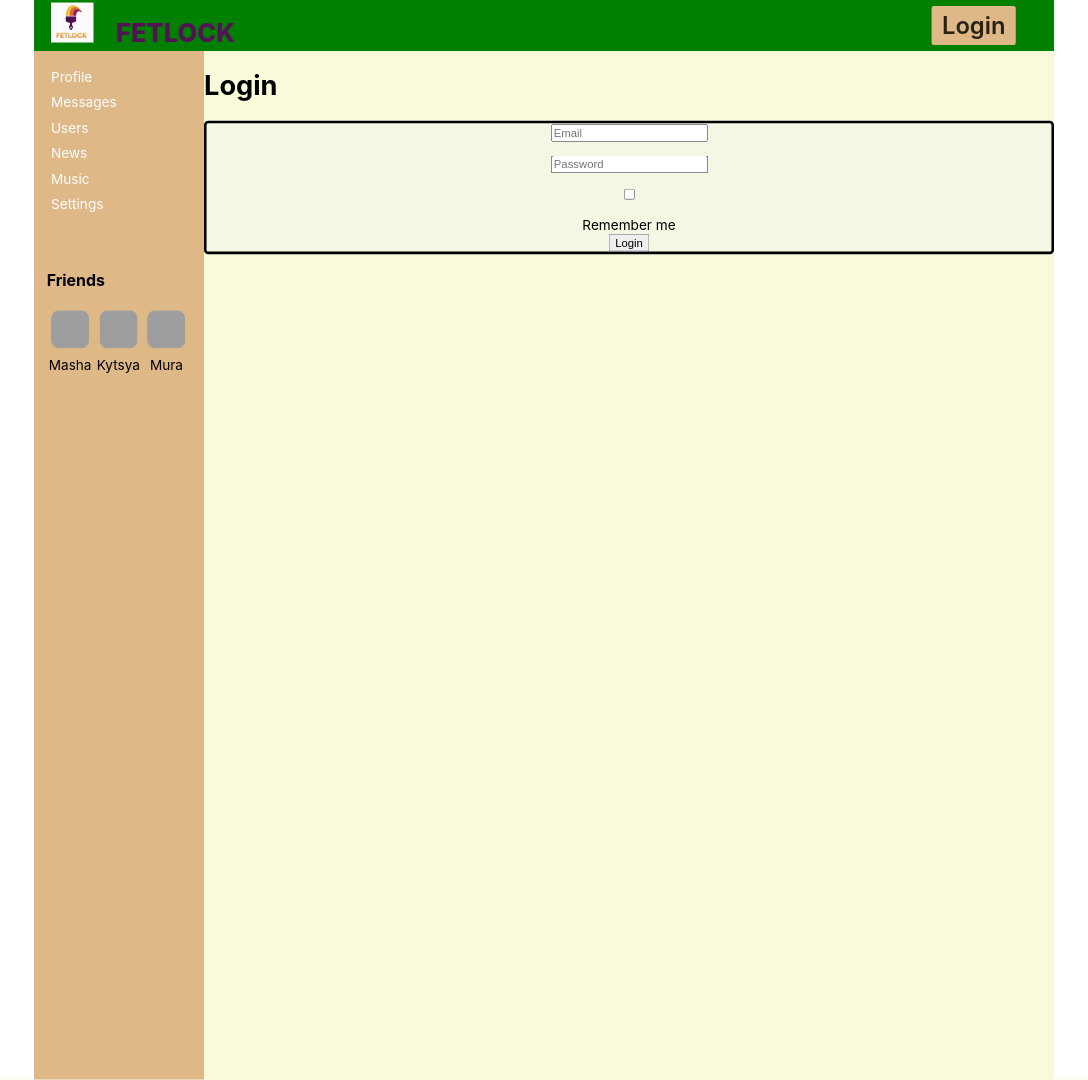
Repository: tetianatsymbal/react-way-of-samurai
Page: /dialogs
These files come from the project's save history. The page is drawn as it stood at one moment and after the next save; the edit follows.
The browser window is 1280 px wide. The pictures show the whole page, at 85% of full size.
Pictures or frames that could not be fetched are drawn as grey boxes. The page's requests for data from a server got no answer. The project was rebuilt for these pictures with package versions that can differ from the ones it lists, and the page was loaded fresh each time. No one was signed in, and anything a server would have sent is missing. Also part of the build but not shown: src/components/Dialogs/Dialogs.module.css, src/components/Dialogs/DialogItem/DialogItem.module.css, src/components/Dialogs/DialogItem/DialogItem.jsx, src/components/Dialogs/Message/Message.module.css, src/components/Dialogs/Message/Message.jsx, src/components/Dialogs/AddMessageForm/AddMessageForm.module.css, src/components/Dialogs/AddMessageForm/AddMessageForm.jsx, src/components/Dialogs/Dialogs.jsx and 18 more.

Above is the page before, as saved 2022-08-22 14:02:28.

### src/index.js
import * as serviceWorker from "./serviceWorker";
import store from "./redux/redux-store";
import React from "react";
import ReactDOM from "react-dom";
import "./index.css";
import App from "./App";
import { BrowserRouter } from "react-router-dom";
import { Provider } from "react-redux";

ReactDOM.render(
  <BrowserRouter>
    <Provider store={store}>
      <App/>
    </Provider>
  </BrowserRouter>,
  document.getElementById("root")
);

// If you want your app to work offline and load faster, you can change
// unregister() to register() below. Note this comes with some pitfalls.
// Learn more about service workers: http://bit.ly/CRA-PWA
serviceWorker.unregister();

### src/redux/redux-store.js
import { applyMiddleware, combineReducers, legacy_createStore as createStore } from "redux";
import profileReducer from "./profile-reducer";
import dialogsReducer from "./dialogs-reducer";
import sidebarReducer from "./sidebar-reducer";
import usersReducer from "./users-reducer";
import authReducer from "./auth-reducer";
import thunkMiddleware from "redux-thunk";
import { reducer as formReducer } from 'redux-form';

let reducers = combineReducers({
   profilePage: profileReducer,
   dialogsPage: dialogsReducer,
   sidebar: sidebarReducer,
   usersPage: usersReducer,
   auth: authReducer,
   form: formReducer,
});
let store = createStore(reducers, applyMiddleware(thunkMiddleware));

window.store =store;

export default store;

### src/App.js
import React from "react";
import "./App.css";
import DialogsContainer from "./components/Dialogs/DialogsContainer";
import HeaderContainer from "./components/Header/HeaderContainer";
import Music from "./components/Music/Music";
import Navbar from "./components/Navbar/Navbar";
import News from "./components/News/News";
import Settings from "./components/Settings/Settings";
import SidebarContainer from "./components/Sidebar/SidebarContainer";
import UsersContainer from "./components/Users/UsersContainer";
import { Route, Routes } from "react-router-dom";
import ProfileContainer from "./components/Profile/ProfileContainer";
import LoginPage from "./components/Login/Login";

const App = (props) => {
  return (
    <div className="app-wrapper">
      <HeaderContainer />
      <Navbar />
      <SidebarContainer/>
      <div className="app-wrapper-content">
        <Routes>
          <Route
            path="/dialogs/*"
            element={<DialogsContainer />} />
          <Route
            path="/profile"
            element={<ProfileContainer key={1} />} exact/>
          <Route
            path="/profile/:userId"
            element={<ProfileContainer key={2} />} />
          <Route path="/users/*" element={<UsersContainer />} />
          <Route path="/news/*" element={<News />} />
          <Route path="/music/*" element={<Music />} />
          <Route path="/login/*" element={<LoginPage />} />ы
          <Route path="/settings/*" element={<Settings />} />

        </Routes>
      </div>
    </div>
  );
};

export default App;

### src/redux/profile-reducer.js
import {profileAPI, usersAPI} from '../api/api';

const ADD_POST = "ADD-POST";
const SET_USER_PROFILE = "SET_USER_PROFILE";
const SET_STATUS = "SET_STATUS";

let initialState = {
  posts: [
    { id: 1, message: "Hi! How are you?", likeCount: 12 },
    { id: 2, message: "Hello! It's my first post!", likeCount: 7 },
    { id: 3, message: "Hi! Have a good day!!!", likeCount: 23 },
    { id: 4, message: "Have a good day!!!", likeCount: 190 },
  ],
  profile: null,
  status: "",
};


const profileReducer = (state = initialState, action) => {
  switch (action.type) {
    case ADD_POST:{
      let newPost = {
        id: 5,
        message: action.newPostText,
        likeCount: 0,
      };
      return {
        ...state,
        posts: [...state.posts, newPost],
        newPostText: ""
      };
    }

    case SET_STATUS:{
      return {
        ...state,
        status: action.status,
      };
    }
    case SET_USER_PROFILE:{
      return {
        ...state,
        profile: action.profile,
      };
    }


    default:
      return state;
  }
};

export const addPostActionCreator = (newPostText) => ({type: ADD_POST, newPostText});
export const setUserProfile = (profile) => ({type: SET_USER_PROFILE, profile});
export const setStatus = (status) => ({type: SET_STATUS, status});

export const getUserProfileThunk = (userId) => {
  return (dispatch) => {
    usersAPI.getProfile(userId)
    .then(response => {
      dispatch(setUserProfile(response.data));
    });
  }
};

export const getStatusThunk = (userId) => (dispatch) => {
  profileAPI.getStatus(userId)
  .then(response => {
    dispatch(setStatus(response.data))
  });
}
export const updateStatusThunk = (status) => (dispatch) => {
  profileAPI.updateStatus(status)
  .then(response => {
    if(response.data.resultCode === 0) {
      dispatch(setStatus(status))
    }
  });
}

export default profileReducer;

### src/redux/dialogs-reducer.js
const SEND_MESSAGE = "SEND-MESSAGE";

let initialState = {
  messages: [
    { id: 1, message: "Do you like React?" },
    { id: 2, message: "Everything will be ok!" },
    { id: 3, message: "Hi here! It's new opportunity for you!" },
    { id: 4, message: "Hi! It's for you!" },
  ],
  dialogs: [
    { id: 1, name: "Tanya" },
    { id: 2, name: "Olezhychka" },
    { id: 3, name: "Kytsya" },
    { id: 4, name: "Mura" },
  ]
}
const dialogsReducer = (state = initialState, action) => {
  switch (action.type) {
    case SEND_MESSAGE:
      return {
        ...state,
        messages: [...state.messages, {id: 6, message: action.newMessageBody}]
      };

    default:
      return state;
  }
};

export const sendMessageActionCreator = (newMessageBody) => ({type: SEND_MESSAGE, newMessageBody});

export default dialogsReducer;

### src/redux/sidebar-reducer.js
let initialState = {
  friends: [
    {
      id: 1,
      name: "Masha",
      src:
        "https://i.pinimg.com/564x/69/f7/50/69f7503539aa89c9c116e9ae1b240b57.jpg",
    },
    {
      id: 2,
      name: "Kytsya",
      src:
        "https://i.pinimg.com/564x/10/5e/af/105eaf02df542edc165dca355862c08b.jpg",
    },
    {
      id: 3,
      name: "Mura",
      src:
        "https://i.pinimg.com/564x/a7/8c/b8/a78cb811d0a73b880364de2886ad41c6.jpg",
    }
  ]
};
const sidebarReducer = (state = initialState, action) => {
  return state;
};
export default sidebarReducer;

### src/redux/auth-reducer.js
import { stopSubmit } from "redux-form";
import { authAPI } from "../../src/api/api"

const SET_USER_DATA = "ADD-SET_USER_DATA";

let initialState = {
  id: null,
  email: null,
  login: null,
  isAuth: false
  // isFetching: false,
};


const authReducer = (state = initialState, action) => {
  switch (action.type) {
    case SET_USER_DATA:{
      return {
        ...state,
        ...action.payload
      }
    }



    default:
      return state;
  }
};

export const setAuthUserData = (id, email, login, isAuth) => ({type: SET_USER_DATA, payload: {id, email, login, isAuth}});

export const getAuthThunk = () => {
  return (dispatch) => {
    authAPI.getAuth()
    .then(data => {
        if (data.resultCode === 0) {
            let {id, email, login} = data.data;
            dispatch(setAuthUserData(id, email, login, true));
        }
    });
  }
};


export const login = (email, password, rememberMe) => (dispatch)=>{
  let action = stopSubmit("login", {_error: "Please, check your login or email."});
  dispatch(action);
  return;
  return (dispatch) => {
    authAPI.login(email, password, rememberMe)
    .then(data => {
        if (data.resultCode === 0) {
            dispatch(getAuthThunk());
        }
    });
  }
};

export const logout = () => (dispatch) => {
  return (dispatch) => {
    authAPI.logout()
    .then(data => {
        if (data.resultCode === 0) {
          dispatch(setAuthUserData(null, null, null, false));
        }
    });
  }
};



export default authReducer;

### src/App.css
.app-wrapper {
  margin: 0 auto;
  display: grid;
  width: 1200px;
  grid-template-areas:
  "h h"
  "n c"
  "s c";

   grid-template-rows: 60px 2fr 9fr;
    grid-template-columns: 2fr 10fr;
    /* grid-gap: 10px; */

}
.nav {
  grid-area: n;
  background-color: burlywood;
}
.app-wrapper-content {
  grid-area: c;
  background-color: rgb(248, 250, 218);
}
.sidebar {
  grid-area: s;
}

### src/components/Dialogs/DialogsContainer.jsx
import React from 'react';
import { connect } from "react-redux";
import { compose } from 'redux';
import { withAuthRedirect } from "../../hoc/withAuthRedirect";
import {sendMessageActionCreator} from "../../redux/dialogs-reducer";
import Dialogs from "./Dialogs";

let mapStateToProps = (state) => {
  return {
    dialogsPage: state.dialogsPage
  }
}

let mapDispatchToProps = (dispatch) => {
  return {
    sendMessage: (newMessageBody) => {
      dispatch(sendMessageActionCreator(newMessageBody));
    }
  }
}

// let AuthRedirectComponent = withAuthRedirect(Dialogs);

// const DialogsContainer = connect(mapStateToProps, mapDispatchToProps)(AuthRedirectComponent);

export default compose(
  connect(mapStateToProps, mapDispatchToProps),
  withAuthRedirect
)(Dialogs);
// check maybe should be DialogsContainer in () 32 row

### src/components/Header/HeaderContainer.jsx
import React from 'react';
import Header from './Header';
import { connect } from 'react-redux';
import { getAuthThunk, logout } from '../../redux/auth-reducer';


class HeaderContainer extends React.Component {

    componentDidMount(){
        this.props.getAuthThunk();

    }
    render() {
        return <Header {...this.props}/>
    }
}

const mapStateToProps = (state) => {
    return {
        isAuth: state.auth.isAuth,
        login: state.auth.login
    }
};

export default connect(mapStateToProps, {getAuthThunk, logout})(HeaderContainer);

### src/components/Navbar/Navbar.jsx
import React from 'react';
import s from './Navbar.module.css';
import { NavLink } from 'react-router-dom';

const Navbar = () => {
    return <nav className={s.nav}>
        <div className={s.item}>
            <NavLink to="/profile" className = { navData => navData.isActive ? s.active : s.item }>Profile</NavLink>
        </div>
        <div className={`${s.item} ${s.active}`}>
            <NavLink to="/dialogs" className = { navData => navData.isActive ? s.active : s.item }>Messages</NavLink>
        </div>
        <div className={s.item}>
            <NavLink to="/users" className = { usersData => usersData.isActive ? s.active : s.item }>Users</NavLink>
        </div>
        <div className={s.item}>
            <NavLink to="/news" className = { navData => navData.isActive ? s.active : s.item }>News</NavLink>
        </div>
        <div className={s.item}>
            <NavLink to="/music" className = { navData => navData.isActive ? s.active : s.item }>Music</NavLink>
        </div>
        <div className={s.item}>
            <NavLink to="/settings" className = { navData => navData.isActive ? s.active : s.item }>Settings</NavLink>
        </div>
    </nav>
}

export default Navbar;

### src/components/Sidebar/SidebarContainer.jsx
import {connect} from "react-redux";
import Sidebar from "./Sidebar"

const mapStateToProps = (state) => {
  return {
    sidebar: state.sidebar,
  }
};
// const mapDispatchToProps = (dispatch) => {
//   return {
//     null
//   }
// };

const SidebarContainer = connect(mapStateToProps, null)(Sidebar)

export default SidebarContainer;

### src/components/Login/Login.jsx
import React from "react";
import { connect } from "react-redux";
import { Field, reduxForm } from "redux-form";
import { required } from "../../utils/validators/validator";
import { Input } from "../common/FormsControls/FormsControls";
import { login } from "../../redux/auth-reducer";
import { Navigate } from "react-router-dom";
import style from "./../common/FormsControls/FormsControls.module.css"

const LoginForm = (props) => {
  return (
   <form onSubmit={props.handleSubmit} className={style.loginForm}>
      <div>
         <Field placeholder={"Email"} name={"email"} component={Input} validate={[required]}/>
      </div>
      <div>
         <Field placeholder={"Password"} name={"password"} component={Input} validate={[required]} type="password"/>
      </div>
      <div>
         <Field name={"rememberMe"} type={"checkbox"} component={Input} /> <span>Remember me</span>
      </div>
      { props.error && <div className={style.formSummaryError}>{props.error}</div>}
      <div>
         <button>Login</button>
      </div>
   </form>

  );
};
const LoginReduxForm = reduxForm ({form: 'login'})(LoginForm);

const Login = (props) => {
   const onSubmit = (formData) =>{
      props.login(formData.email, formData.password, formData.rememberMe);
   }
   if (props.isAuth) {
      return <Navigate to= {"/profile"}></Navigate>
   }
   return (
     <div>
       <h1>Login</h1>
      <LoginReduxForm onSubmit={onSubmit}/>
     </div>
   );
 };
 const mapStateToProps = (state) =>({
   isAuth: state.auth.isAuth
 })
export default connect(mapStateToProps, {login })(Login);

### src/api/api.js
import * as axios from "axios";

const axiosInstance = axios.create({
  baseURL: `https://social-network.samuraijs.com/api/1.0/`,
  withCredentials: true,
  headers: { "API-KEY": "8ac57bdd-335d-4484-97e6-aa82dc13f9bd" },
});

export const usersAPI = {
  getUsers(currentPage, pageSize) {
   return (
    axiosInstance.get(`users?page=${currentPage}&count=${pageSize}`)
     .then (response => response.data)
   );
  },
  deleteFollowing(userId) {
    return (
     axiosInstance.delete(`follow/${userId}`)
     .then (response => response.data)
    );
  },
  doFollowing(userId) {
    return (
     axiosInstance.post(`follow/${userId}`, {})
     .then (response => response.data)
    );
  },

  getProfile(userId) {
    console.warn("Obsolete method. Please use authAPI object");
    return profileAPI.getProfile(userId);
   },
};

export const profileAPI = {
  getProfile(userId) {
    return (
      axiosInstance.get(`profile/` + userId)
    );
  },
  getStatus(userId){
    return(
      axiosInstance.get(`profile/status/` + userId)
    );
  },
  updateStatus(status){
    return(
      axiosInstance.put(`profile/status`, {status: status})
    );
  },
};


export const authAPI = {
  getAuth() {
    return (
     axiosInstance.get(`auth/me`)
     .then (response => response.data)
    );
  },
  login(email, password, rememberMe = false) {
    return (
    axiosInstance.post(`auth/login`, {email, password, rememberMe})
    .then (response => response.data)
    );
  },
  logout() {
    return (
    axiosInstance.delete(`auth/login`)
    .then (response => response.data)
    );
  }
}

### src/hoc/withAuthRedirect.js
import React from "react";
import { connect } from "react-redux";
import { Navigate } from "react-router-dom";


let mapStateToPropsForRedirect = (state) => ({
   isAuth: state.auth.isAuth,
});

export const withAuthRedirect = (Component) => {
   class RedirectComponent extends React.Component {
      render() {
         if (!this.props.isAuth) return <Navigate to={"/Login"}/>;
         return <Component {...this.props} />;
      }
   }
   let ConnectedAuthRedirectComponent = connect(mapStateToPropsForRedirect)(RedirectComponent);

   return ConnectedAuthRedirectComponent;
};

### src/components/Header/Header.jsx
import React from "react";
import s from "./Header.module.css";
import logo from "../../assets/logo.jpg";

const Header = (props) => {
  return (
    <header className={s.header}>
      <div className={s.label}>
        <img src={logo} />
        <span className={s.socialName}> FETLOCK </span>
      </div>
      <div className={s.loginBlock}>
      { props.isAuth
      ? <div> {props.login}  - <button onClick={props.logout}>Log out</button></div>
      : <a href="/login">Login</a> }
      </div>
    </header>
  );
};

export default Header;

### src/components/Navbar/Navbar.module.css

.nav {
  grid-area: n;
  background-color: burlywood;
  padding: 20px;
}
.item {
  color: white;
  text-decoration: none;
  margin-bottom: 10px;
}
.active {
  color: green;
  text-decoration: none;
}

### src/components/Sidebar/Sidebar.jsx
import React from "react";
import s from "./Sidebar.module.css";
import { NavLink } from "react-router-dom";

const Sidebar = (props) => {
  let path = "/dialogs/" + props.sidebar.friends.id;
  let friendsElements = props.sidebar.friends.map((f) => (
    <NavLink to={path}>
      <div className={s.friend}>
        <div>
          <img className={s.friendImg} src={f.src} />
        </div>
        <div>{f.name}</div>
      </div>
    </NavLink>
  ));

  return (
    <div className={s.sidebar}>
      <h3>Friends</h3>
      <div className={s.friends}>
        {friendsElements}
        <div />
      </div>
    </div>
  );
};

export default Sidebar;

### src/utils/validators/validator.js
export const required = (value) => {
 if (value) return undefined;
 return "Field is required";
}

export const maxLengthCreator = (maxLength) => (value) => {
 if (value.length > maxLength) {
   return `Max length is ${maxLength} symbols`;
  } return undefined;
}

### src/components/common/FormsControls/FormsControls.js
import React from "react";
import style from "./FormsControls.module.css";

export const FormControl = ({input, meta, ...props}) => {
   const hasError = meta.touched && meta.error;
   return (
      <div className={style.formControl + " " + (hasError? style.error : "")}>
         { hasError && <span>{meta.error}</span> }
         <div>
            {props.children}
         </div>
      </div>
   )
}
export const Textarea = (props) => {
   const {input, meta, ...restProps} = props;
   return <FormControl {...props}><textarea {...input} {...restProps}/></FormControl>

}
export const Input = (props) => {
   const {input, meta, ...restProps} = props;
   return <FormControl {...props}><input {...input} {...restProps}/></FormControl>
}

### src/components/common/FormsControls/FormsControls.module.css
.formControl{
margin-bottom: 15px;
}

.formControl.error input,
.formControl.error textarea {
   border: solid indianred 2px;
   margin-top: 10px;
}
.formControl.error span {
   color: indianred;
}
.loginForm {
   text-align: center;
   margin: 0 auto;
   background-color: rgba(229, 241, 252, 0.3);
   border: black 3px solid;
   border-radius: 5px;
}
.formSummaryError{
   width: 30%;
   border: 1px solid tomato;
   background-color: cornsilk;
   color: indianred;
   font-size: 16px;
   text-align: center;
   padding: 3px;
   margin: 20px 10px;
}

### src/components/Header/Header.module.css
.header {
  grid-area: h;
  background-color: green;
  display: flex;
  justify-content: space-between;
  align-items: center;
}
.header img {
  width: 50px;
  margin: 0 20px;
}
.socialName{
  color: #541256;
  font-size: 30px;
  font-weight: 800;
  text-transform: uppercase;
  text-align: center;
}
.loginBlock {
  align-items: center;
  margin-right: 45px;
  color: blanchedalmond;
  font-size: 28px;
  font-weight: 600;
}
.loginBlock a {
  background-color: burlywood;
  color: #272118;
  border-radius: 3px;
  text-decoration: none;
  padding: 6px 12px;
  text-transform: all 500ms ease;
}
.loginBlock:hover a {
  background-color: #dba058;
}

### src/components/Sidebar/Sidebar.module.css
.sidebar {
  background-color: burlywood;
  padding: 20px 15px;
}
.friends {
 display: flex;
 flex-direction: row;
 justify-content: space-between;
}
.friends a {
  display: block;
  align-items: center;
  text-align: center;
  text-decoration: none;
  color: black;
}
.friendImg{
  width: 45px;
  height: 45px;
  border-radius: 10px;
  margin: 5px;
}
.friend {
}

Loaded but not shown: public/index.html (common file); src/serviceWorker.js (common file); src/index.css (common file); src/redux/users-reducer.js (186 lines, source omitted); src/components/Music/Music.module.css (no stored copy; drawn as an empty file); src/components/Profile/Profile.module.css (no stored copy; drawn as an empty file); src/components/Settings/Settings.module.css (no stored copy; drawn as an empty file)

After the next save:
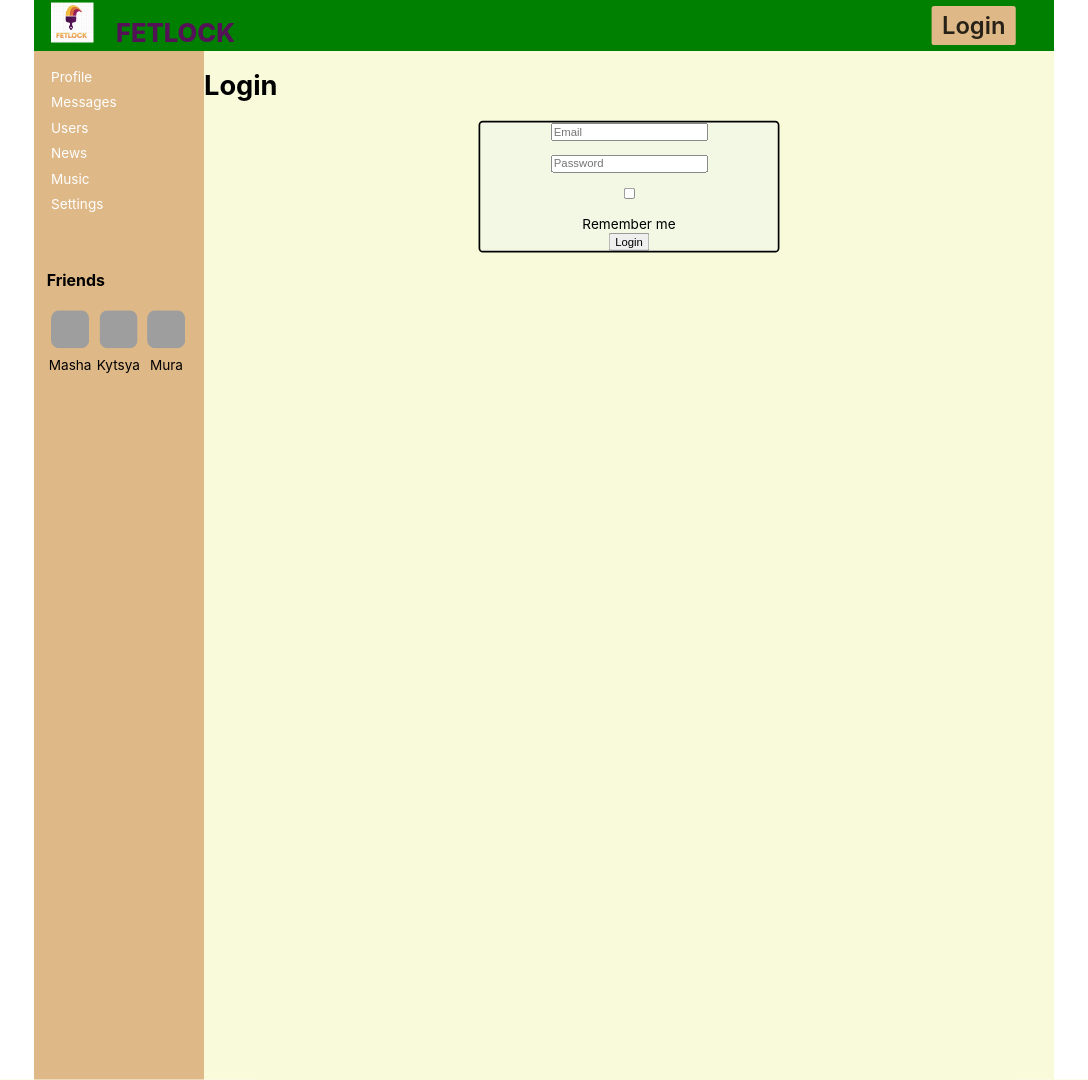
Saved 31 s later.
--- a/src/components/common/FormsControls/FormsControls.module.css
+++ b/src/components/common/FormsControls/FormsControls.module.css
@@ -11,10 +11,11 @@ margin-bottom: 15px;
    color: indianred;
 }
 .loginForm {
+   width: 35%;
    text-align: center;
    margin: 0 auto;
    background-color: rgba(229, 241, 252, 0.3);
-   border: black 3px solid;
+   border: black 2px solid;
    border-radius: 5px;
 }
 .formSummaryError{
